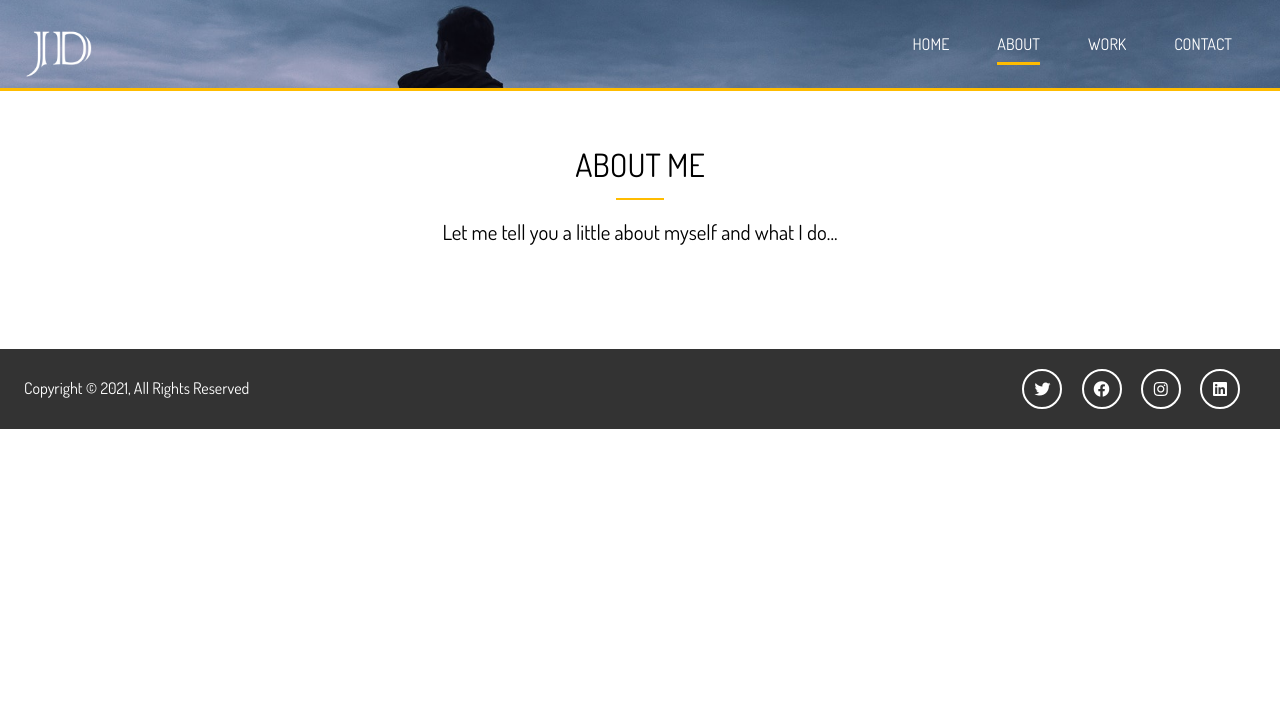
Repository: minhtien9/Portfolio_Website
Page: diet/about.html
The author's editor kept a copy of each file at every save. The page is drawn from the files as they stood at one save, then again after the next save.
The browser window is 1280 px wide. The pictures show the whole page.

Above is the page before, as saved 2021-08-29 10:40:35.

After the next save:
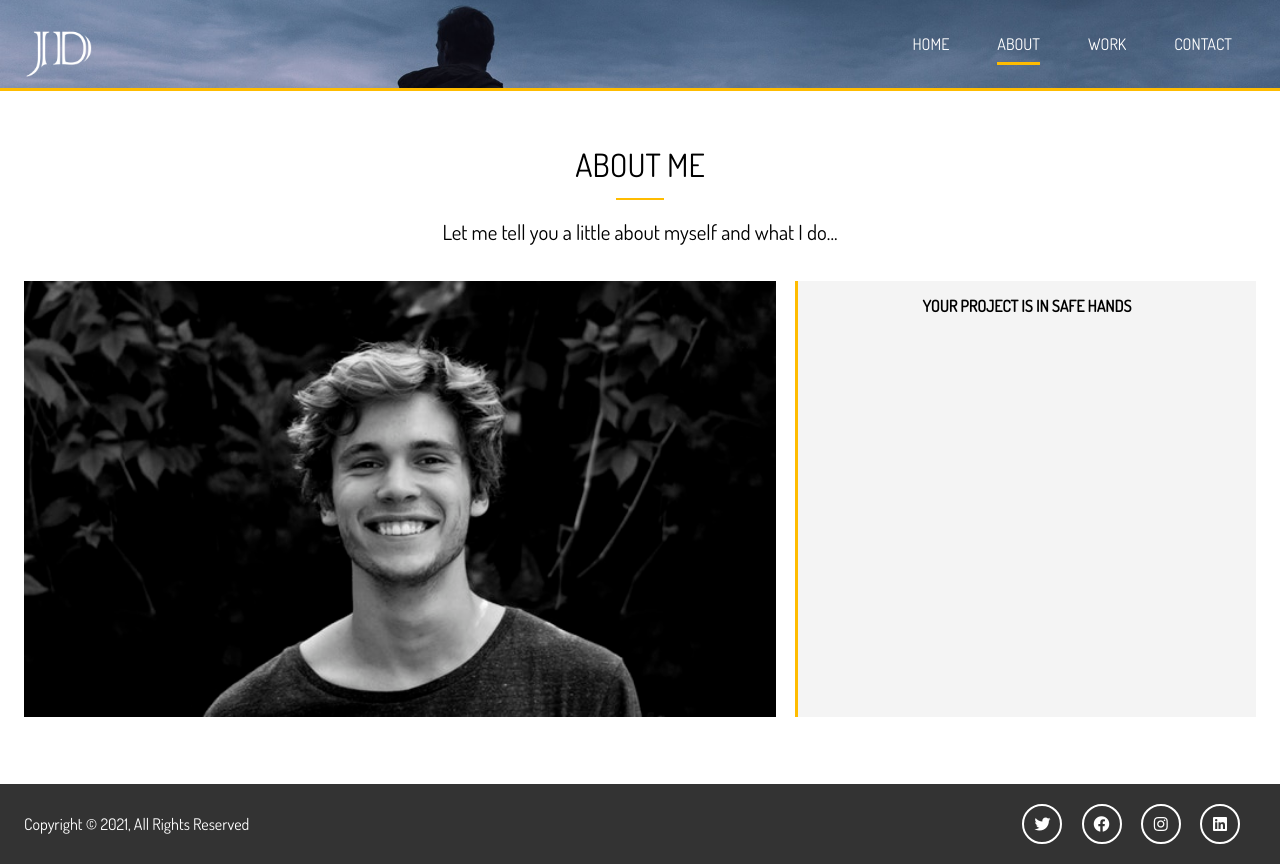
Saved 54 s later.
--- a/diet/about.html
+++ b/diet/about.html
@@ -42,7 +42,10 @@
           Let me tell you a little about myself and what I do...
         </p>
         <div class="about-info">
-          <img src="" alt="" class="bio-image" />
+          <img src="img/about.jpg" alt="" class="bio-image" />
+          <div class="bio bg-light">
+            <h4>Your Project Is In Safe Hands</h4>
+          </div>
         </div>
       </div>
     </section>
